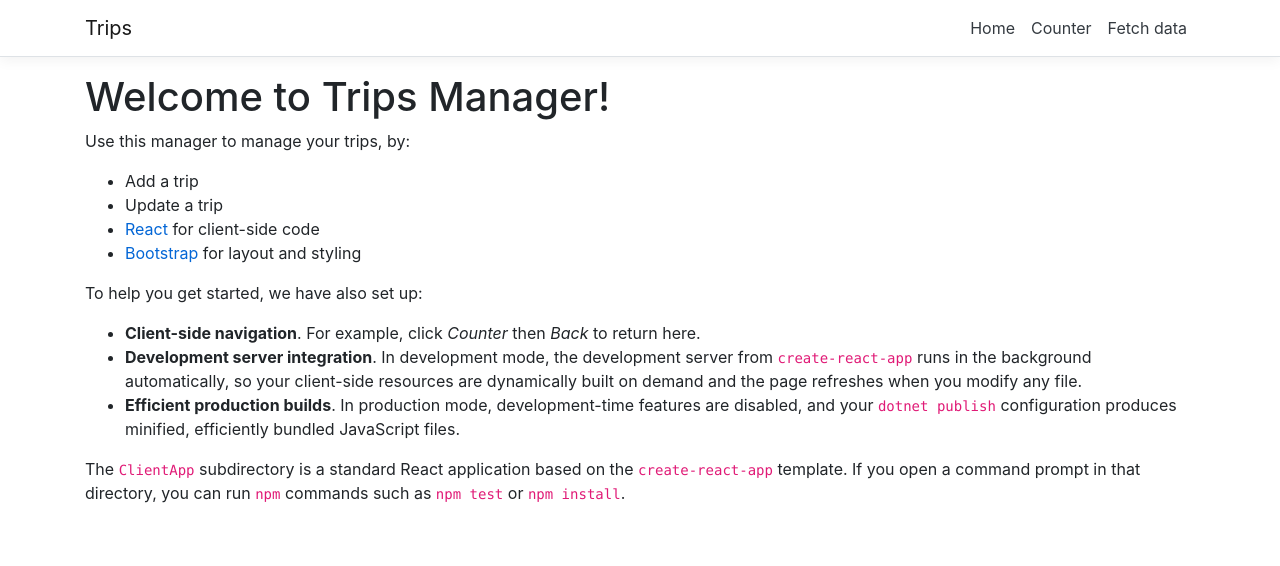
Repository: DevLuDaley/Trips
Page: / (app in ClientApp/)
An editor plug-in stored every save of this project. The page is shown before and after the next save, followed by the edit.
The browser window is 1280 px wide. The pictures show the whole page.
The project was rebuilt for these pictures with package versions that can differ from the ones it lists, and the page was loaded fresh each time. Also part of the build but not shown: ClientApp/src/components/FetchData.js, ClientApp/src/components/Counter.js, ClientApp/src/components/Trip/Trips.jsx.

Above is the page before, as saved 2020-11-06 10:48:57.

### ClientApp/public/index.html
<!DOCTYPE html>
<html lang="en">
  <head>
    <meta charset="utf-8">
    <meta name="viewport" content="width=device-width, initial-scale=1, shrink-to-fit=no">
    <meta name="theme-color" content="#000000">
    <base href="%PUBLIC_URL%/" />
    <!--
      manifest.json provides metadata used when your web app is added to the
      homescreen on Android. See https://developers.google.com/web/fundamentals/engage-and-retain/web-app-manifest/
    -->
    <link rel="manifest" href="%PUBLIC_URL%/manifest.json">
    <link rel="shortcut icon" href="%PUBLIC_URL%/favicon.ico">
    <!--
      Notice the use of %PUBLIC_URL% in the tags above.
      It will be replaced with the URL of the `public` folder during the build.
      Only files inside the `public` folder can be referenced from the HTML.

      Unlike "/favicon.ico" or "favicon.ico", "%PUBLIC_URL%/favicon.ico" will
      work correctly both with client-side routing and a non-root public URL.
      Learn how to configure a non-root public URL by running `npm run build`.
    -->
    <title>Trips</title>
  </head>
  <body>
    <noscript>
      You need to enable JavaScript to run this app.
    </noscript>
    <div id="root"></div>
    <!--
      This HTML file is a template.
      If you open it directly in the browser, you will see an empty page.

      You can add webfonts, meta tags, or analytics to this file.
      The build step will place the bundled scripts into the <body> tag.

      To begin the development, run `npm start` or `yarn start`.
      To create a production bundle, use `npm run build` or `yarn build`.
    -->
  </body>
</html>

### ClientApp/src/App.js
import React, { Component } from 'react';
import { Route } from 'react-router';
import { Layout } from './components/Layout';
import { Home } from './components/Home';
import { FetchData } from './components/FetchData';
import { Counter } from './components/Counter';

import './custom.css'
import Trips from './components/Trip/Trips.jsx';

export default class App extends Component {
  static displayName = App.name;

  render () {
    return (
      <Layout>
        <Route exact path='/' component={Home} />
        <Route path='/counter' component={Counter} />
        <Route path='/fetch-data' component={FetchData} />
        <Route path='/trips' component={Trips} />
      </Layout>
    );
  }
}

### ClientApp/src/components/Home.js
import React, { Component } from 'react';

export class Home extends Component {
  static displayName = Home.name;

  render () {
    return (
      <div>
        <h1>Welcome to Trips Manager!</h1>
        <p>Use this manager to manage your trips, by:</p>
        <ul>
          <li>Add a trip</li>
          <li>Update a trip</li>
          <li><a href='https://facebook.github.io/react/'>React</a> for client-side code</li>
          <li><a href='http://getbootstrap.com/'>Bootstrap</a> for layout and styling</li>
        </ul>
        <p>To help you get started, we have also set up:</p>
        <ul>
          <li><strong>Client-side navigation</strong>. For example, click <em>Counter</em> then <em>Back</em> to return here.</li>
          <li><strong>Development server integration</strong>. In development mode, the development server from <code>create-react-app</code> runs in the background automatically, so your client-side resources are dynamically built on demand and the page refreshes when you modify any file.</li>
          <li><strong>Efficient production builds</strong>. In production mode, development-time features are disabled, and your <code>dotnet publish</code> configuration produces minified, efficiently bundled JavaScript files.</li>
        </ul>
        <p>The <code>ClientApp</code> subdirectory is a standard React application based on the <code>create-react-app</code> template. If you open a command prompt in that directory, you can run <code>npm</code> commands such as <code>npm test</code> or <code>npm install</code>.</p>
      </div>
    );
  }
}

### ClientApp/src/components/NavMenu.js
import React, { Component } from 'react';
import { Collapse, Container, Navbar, NavbarBrand, NavbarToggler, NavItem, NavLink } from 'reactstrap';
import { Link } from 'react-router-dom';
import './NavMenu.css';

export class NavMenu extends Component {
  static displayName = NavMenu.name;

  constructor (props) {
    super(props);

    this.toggleNavbar = this.toggleNavbar.bind(this);
    this.state = {
      collapsed: true
    };
  }

  toggleNavbar () {
    this.setState({
      collapsed: !this.state.collapsed
    });
  }

  render () {
    return (
      <header>
        <Navbar className="navbar-expand-sm navbar-toggleable-sm ng-white border-bottom box-shadow mb-3" light>
          <Container>
            <NavbarBrand tag={Link} to="/trips">Trips</NavbarBrand>
            <NavbarToggler onClick={this.toggleNavbar} className="mr-2" />
            <Collapse className="d-sm-inline-flex flex-sm-row-reverse" isOpen={!this.state.collapsed} navbar>
              <ul className="navbar-nav flex-grow">
                <NavItem>
                  <NavLink tag={Link} className="text-dark" to="/">Home</NavLink>
                </NavItem>
                <NavItem>
                  <NavLink tag={Link} className="text-dark" to="/counter">Counter</NavLink>
                </NavItem>
                <NavItem>
                  <NavLink tag={Link} className="text-dark" to="/fetch-data">Fetch data</NavLink>
                </NavItem>
              </ul>
            </Collapse>
          </Container>
        </Navbar>
      </header>
    );
  }
}

Loaded but not shown: ClientApp/src/index.js (common file); ClientApp/src/registerServiceWorker.js (common file); ClientApp/src/components/Layout.js (common file); ClientApp/src/custom.css (common file); ClientApp/src/components/NavMenu.css (common file)

After the next save:
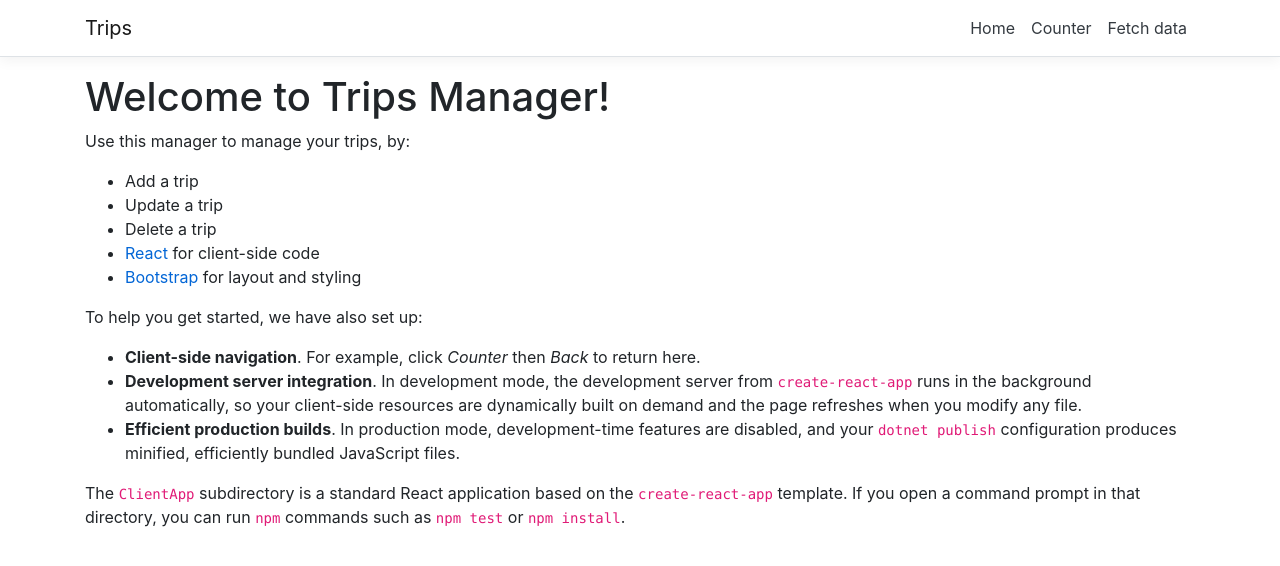
Saved 5 s later.
--- a/ClientApp/src/components/Home.js
+++ b/ClientApp/src/components/Home.js
@@ -11,6 +11,7 @@ export class Home extends Component {
         <ul>
           <li>Add a trip</li>
           <li>Update a trip</li>
+          <li>Delete a trip</li>
           <li><a href='https://facebook.github.io/react/'>React</a> for client-side code</li>
           <li><a href='http://getbootstrap.com/'>Bootstrap</a> for layout and styling</li>
         </ul>
